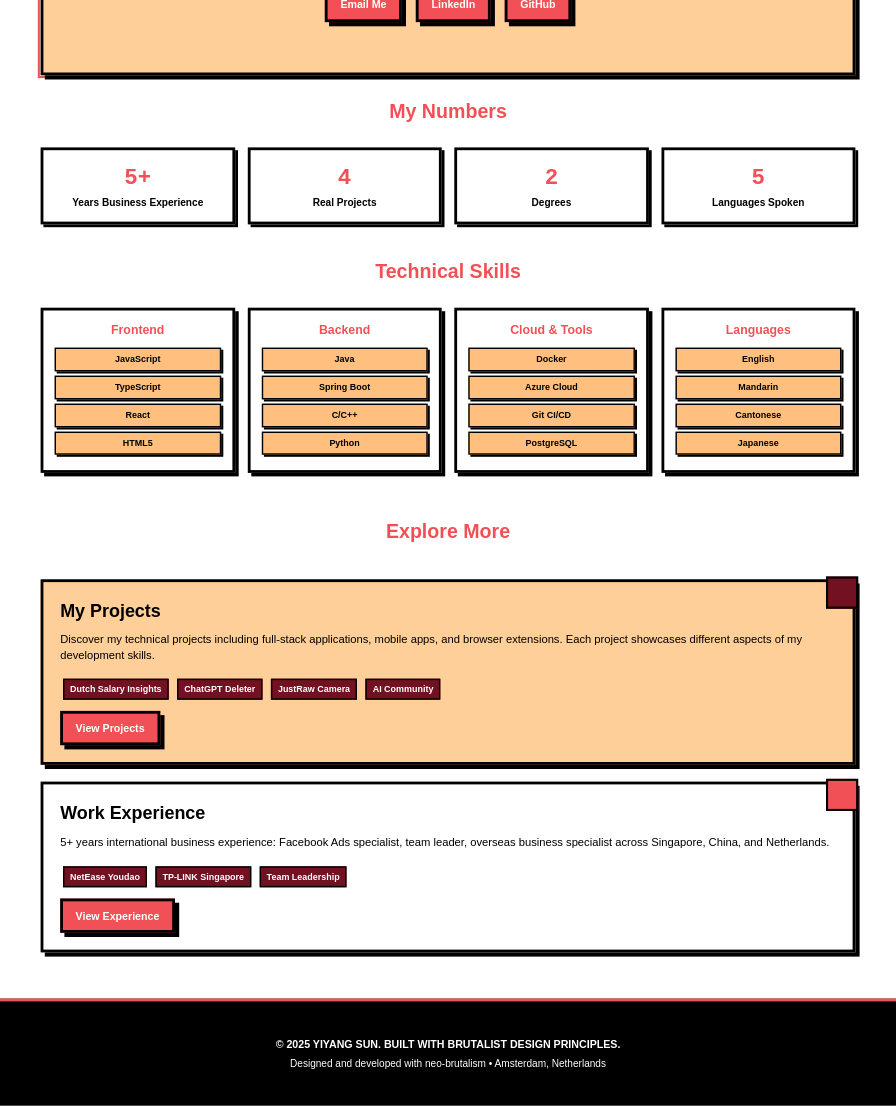
Repository: miloyiyangsun/yiyangsun.github.io
Page: .superdesign/design_iterations/yiyang_home_v2.html
The author's editor kept a copy of each file at every save. The page is drawn from the files as they stood at one save, then again after the next save.
The browser window is 1280 px wide. The pictures show the part of the page from y = 681 to 2601 px (the page is 2261 px tall before and 2601 px after), at 70% of full size.

Above is the page before, as saved 2025-09-03 17:50:12.

After the next save:
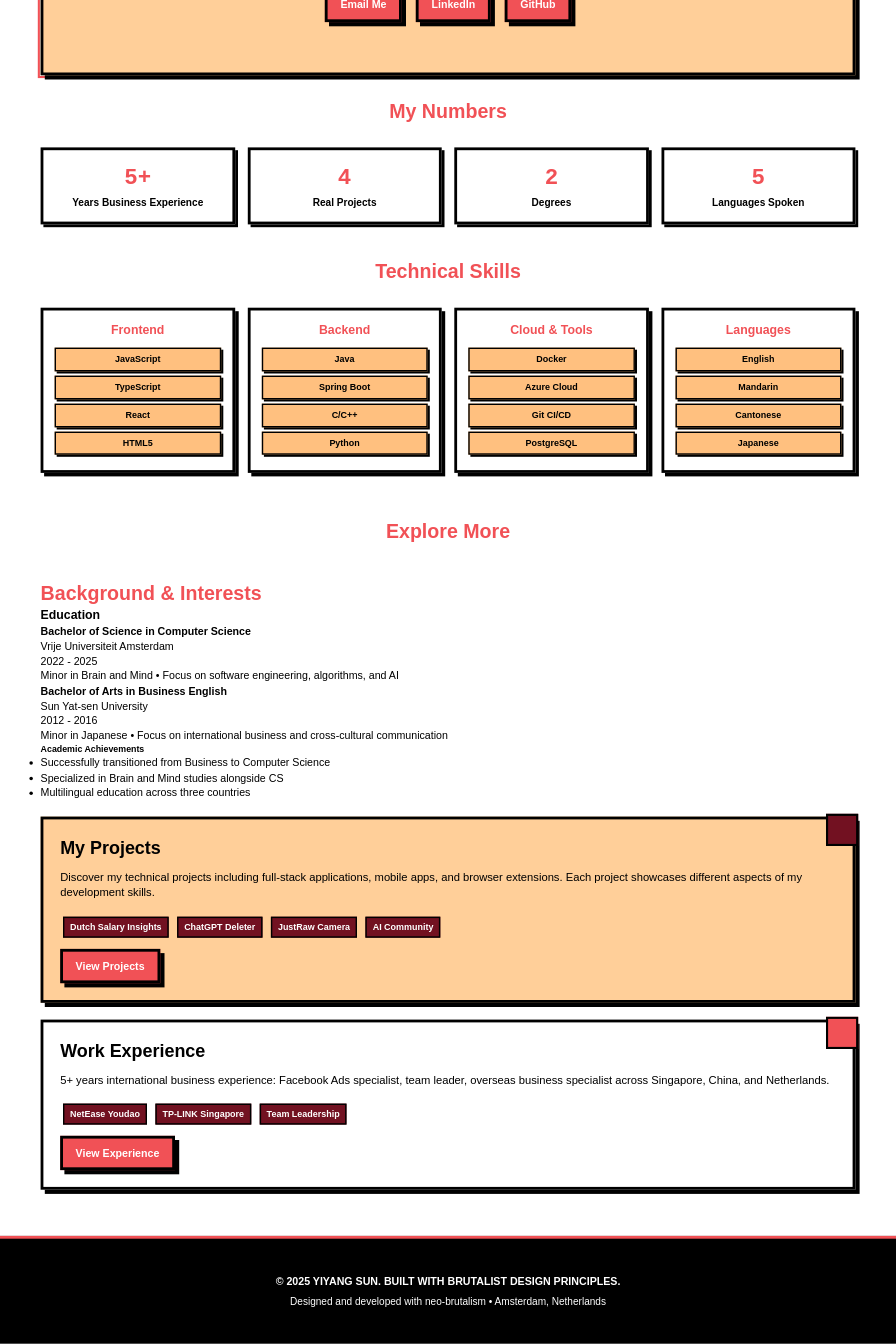
Saved 13 s later.
--- a/.superdesign/design_iterations/yiyang_home_v2.html
+++ b/.superdesign/design_iterations/yiyang_home_v2.html
@@ -285,6 +285,56 @@
         <!-- Preview Cards Section - Brutalist -->
         <section class="preview-section">
             <h2 class="title-large brutalist-text-center" style="margin: 64px 0 48px 0;">Explore More</h2>
+            <div class="fade-in-section">
+                    <h2 class="text-4xl font-black text-center mb-16 text-white">Background & Interests</h2>
+
+                    <div class="grid grid-cols-1 lg:grid-cols-2 gap-12">
+                        <!-- Education -->
+                        <div class="bg-gradient-to-br from-gray-800/50 to-gray-900/30 border border-gray-700 rounded-3xl p-8">
+                            <h3 class="text-3xl font-bold text-red-400 mb-8 flex items-center">
+                                <i data-lucide="graduation-cap" class="w-8 h-8 mr-4"></i>
+                                Education
+                            </h3>
+
+                            <div class="space-y-8">
+                                <div class="relative pl-8">
+                                    <div class="absolute left-0 top-0 w-4 h-4 bg-red-500 rounded-full"></div>
+                                    <div class="absolute left-2 top-4 w-0.5 h-12 bg-gray-600"></div>
+
+                                    <h4 class="text-xl font-semibold text-white mb-2">Bachelor of Science in Computer Science</h4>
+                                    <p class="text-gray-300 mb-1">Vrije Universiteit Amsterdam</p>
+                                    <p class="text-red-400 font-medium mb-2">2022 - 2025</p>
+                                    <p class="text-sm text-gray-400">Minor in Brain and Mind • Focus on software engineering, algorithms, and AI</p>
+                                </div>
+
+                                <div class="relative pl-8">
+                                    <div class="absolute left-0 top-0 w-4 h-4 bg-blue-500 rounded-full"></div>
+
+                                    <h4 class="text-xl font-semibold text-white mb-2">Bachelor of Arts in Business English</h4>
+                                    <p class="text-gray-300 mb-1">Sun Yat-sen University</p>
+                                    <p class="text-blue-400 font-medium mb-2">2012 - 2016</p>
+                                    <p class="text-sm text-gray-400">Minor in Japanese • Focus on international business and cross-cultural communication</p>
+                                </div>
+                            </div>
+
+                            <div class="mt-8 pt-6 border-t border-gray-600">
+                                <h5 class="text-lg font-semibold text-white mb-4">Academic Achievements</h5>
+                                <ul class="space-y-2 text-gray-300">
+                                    <li class="flex items-center text-sm">
+                                        <i data-lucide="award" class="w-4 h-4 text-yellow-400 mr-3"></i>
+                                        <span>Successfully transitioned from Business to Computer Science</span>
+                                    </li>
+                                    <li class="flex items-center text-sm">
+                                        <i data-lucide="brain" class="w-4 h-4 text-purple-400 mr-3"></i>
+                                        <span>Specialized in Brain and Mind studies alongside CS</span>
+                                    </li>
+                                    <li class="flex items-center text-sm">
+                                        <i data-lucide="globe" class="w-4 h-4 text-blue-400 mr-3"></i>
+                                        <span>Multilingual education across three countries</span>
+                                    </li>
+                                </ul>
+                            </div>
+                        </div>
 
             <div class="preview-card">
                 <div class="preview-title">My Projects</div>

After the save that followed:
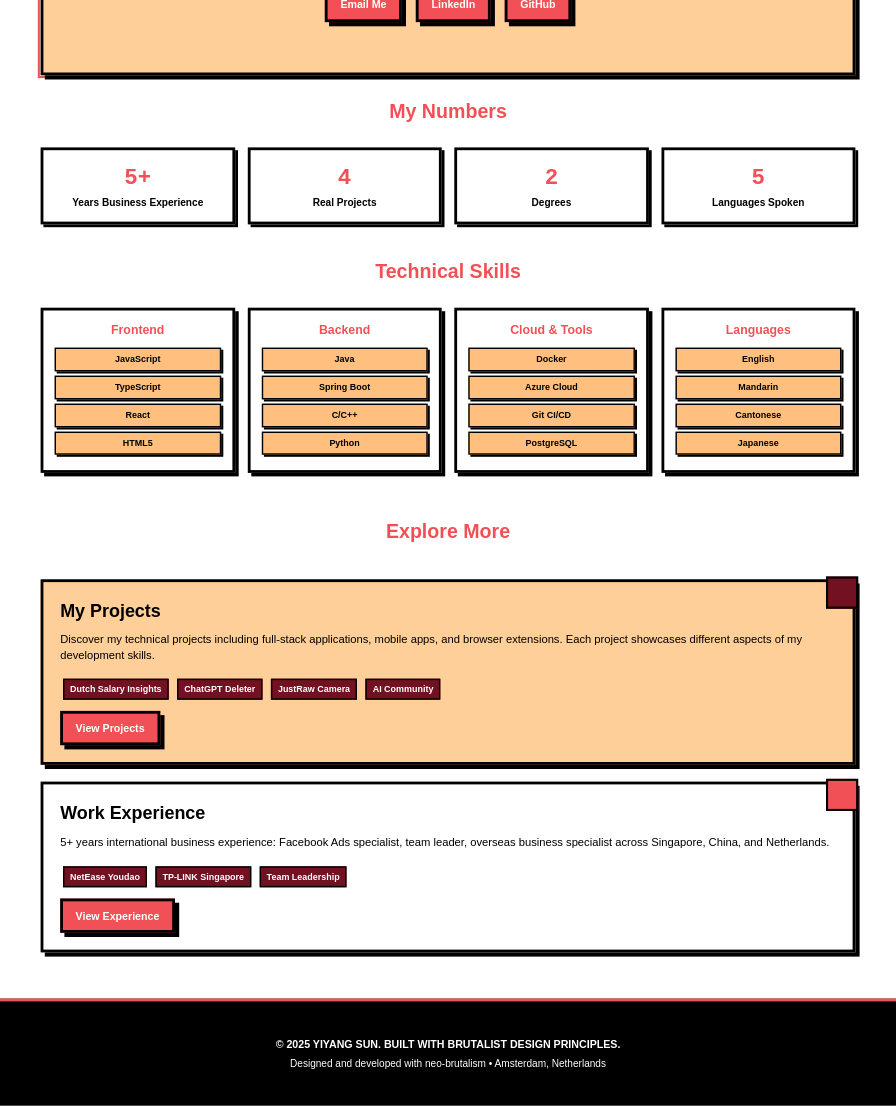
Saved 105 s later.
--- a/.superdesign/design_iterations/yiyang_home_v2.html
+++ b/.superdesign/design_iterations/yiyang_home_v2.html
@@ -282,59 +282,11 @@
             </div>
         </section>
 
+
+
         <!-- Preview Cards Section - Brutalist -->
         <section class="preview-section">
             <h2 class="title-large brutalist-text-center" style="margin: 64px 0 48px 0;">Explore More</h2>
-            <div class="fade-in-section">
-                    <h2 class="text-4xl font-black text-center mb-16 text-white">Background & Interests</h2>
-
-                    <div class="grid grid-cols-1 lg:grid-cols-2 gap-12">
-                        <!-- Education -->
-                        <div class="bg-gradient-to-br from-gray-800/50 to-gray-900/30 border border-gray-700 rounded-3xl p-8">
-                            <h3 class="text-3xl font-bold text-red-400 mb-8 flex items-center">
-                                <i data-lucide="graduation-cap" class="w-8 h-8 mr-4"></i>
-                                Education
-                            </h3>
-
-                            <div class="space-y-8">
-                                <div class="relative pl-8">
-                                    <div class="absolute left-0 top-0 w-4 h-4 bg-red-500 rounded-full"></div>
-                                    <div class="absolute left-2 top-4 w-0.5 h-12 bg-gray-600"></div>
-
-                                    <h4 class="text-xl font-semibold text-white mb-2">Bachelor of Science in Computer Science</h4>
-                                    <p class="text-gray-300 mb-1">Vrije Universiteit Amsterdam</p>
-                                    <p class="text-red-400 font-medium mb-2">2022 - 2025</p>
-                                    <p class="text-sm text-gray-400">Minor in Brain and Mind • Focus on software engineering, algorithms, and AI</p>
-                                </div>
-
-                                <div class="relative pl-8">
-                                    <div class="absolute left-0 top-0 w-4 h-4 bg-blue-500 rounded-full"></div>
-
-                                    <h4 class="text-xl font-semibold text-white mb-2">Bachelor of Arts in Business English</h4>
-                                    <p class="text-gray-300 mb-1">Sun Yat-sen University</p>
-                                    <p class="text-blue-400 font-medium mb-2">2012 - 2016</p>
-                                    <p class="text-sm text-gray-400">Minor in Japanese • Focus on international business and cross-cultural communication</p>
-                                </div>
-                            </div>
-
-                            <div class="mt-8 pt-6 border-t border-gray-600">
-                                <h5 class="text-lg font-semibold text-white mb-4">Academic Achievements</h5>
-                                <ul class="space-y-2 text-gray-300">
-                                    <li class="flex items-center text-sm">
-                                        <i data-lucide="award" class="w-4 h-4 text-yellow-400 mr-3"></i>
-                                        <span>Successfully transitioned from Business to Computer Science</span>
-                                    </li>
-                                    <li class="flex items-center text-sm">
-                                        <i data-lucide="brain" class="w-4 h-4 text-purple-400 mr-3"></i>
-                                        <span>Specialized in Brain and Mind studies alongside CS</span>
-                                    </li>
-                                    <li class="flex items-center text-sm">
-                                        <i data-lucide="globe" class="w-4 h-4 text-blue-400 mr-3"></i>
-                                        <span>Multilingual education across three countries</span>
-                                    </li>
-                                </ul>
-                            </div>
-                        </div>
 
             <div class="preview-card">
                 <div class="preview-title">My Projects</div>
